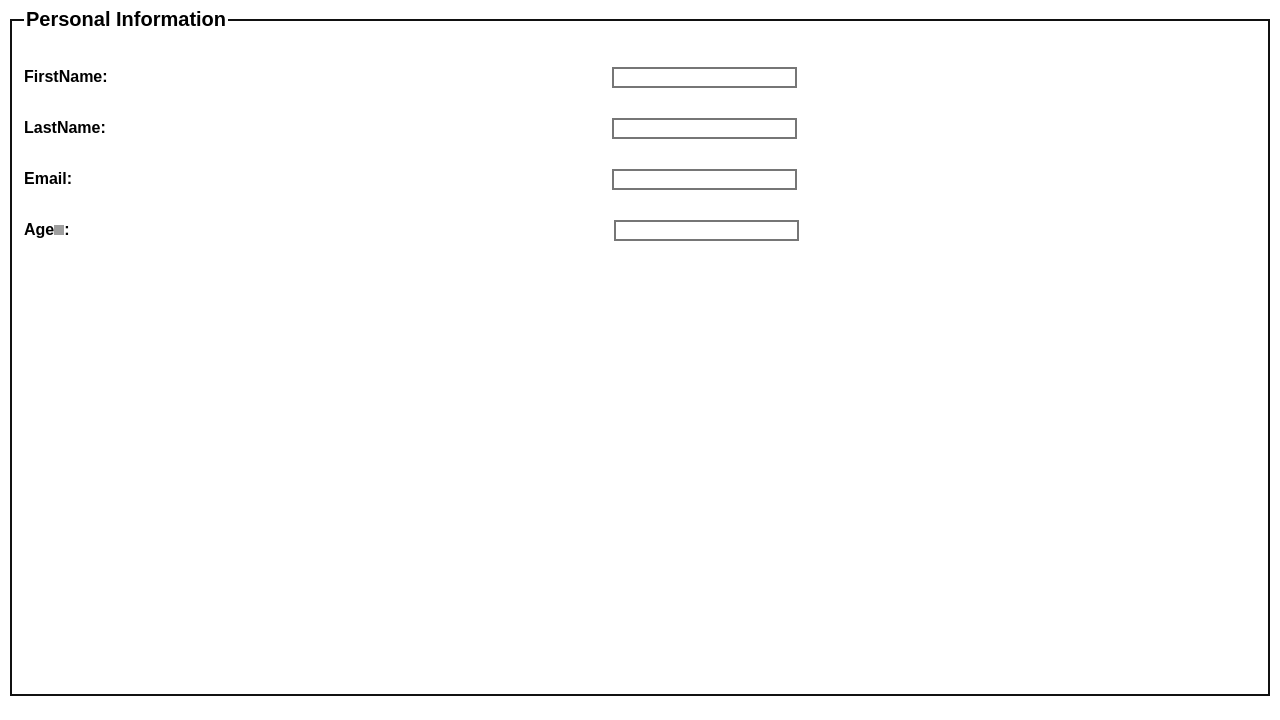
Repository: Femi007-gh/Legend
Page: index.html
An editor plug-in stored every save of this project. The page is shown before and after the next save, followed by the edit.
The browser window is 1280 px wide. The pictures show the whole page.
Pictures or frames that could not be fetched are drawn as grey boxes.

Above is the page before, as saved 2025-04-04 10:59:43.

### index.html
<html>
  <head>
    <title>LEGEND</title>
    <link rel="stylesheet" href="style.css">
  </head>
  <body>
    <form>
      <fieldset class="field">
        <legend class="ld">Personal Information</legend>
        <label class="first">FirstName:</label>
        <input type="text" class="FN"><br>

        <label class="last">LastName:</label>
        <input type="text" class="LN"> <br>

        <label class="mail">Email:</label>
        <input type="text" class="email"> <br>

        <label class="yourage">Age<img src="doc.jpg" class="doc">:</label>
        <input type="text" class="age"> <br>
      </fieldset>
    </form>
  </body>
</html>

### style.css
body {
  font-family:Arial, Helvetica, sans-serif;
  font-weight: bold;
}

.ld {
  font-size: 20px;
}

.doc {
  height: 10px;
  width: 10px;
}

.field {
  border: 2px solid #111;
  height: 95%;
}

.FN {
  margin-top: 30px;
  margin-left: 500px;
  border-style: solid;
}

.LN {
  margin-top: 30px;
  margin-left: 502px;
  border-style: solid;
}

.email {
  margin-top: 30px;
  margin-left:536px;
  border-style: solid;
}

.age {
  margin-top: 30px;
  margin-left: 540px;
  border-style: solid;
}

.first, .last, .mail, .yourage {
  font-size: ;
}

After the next save:
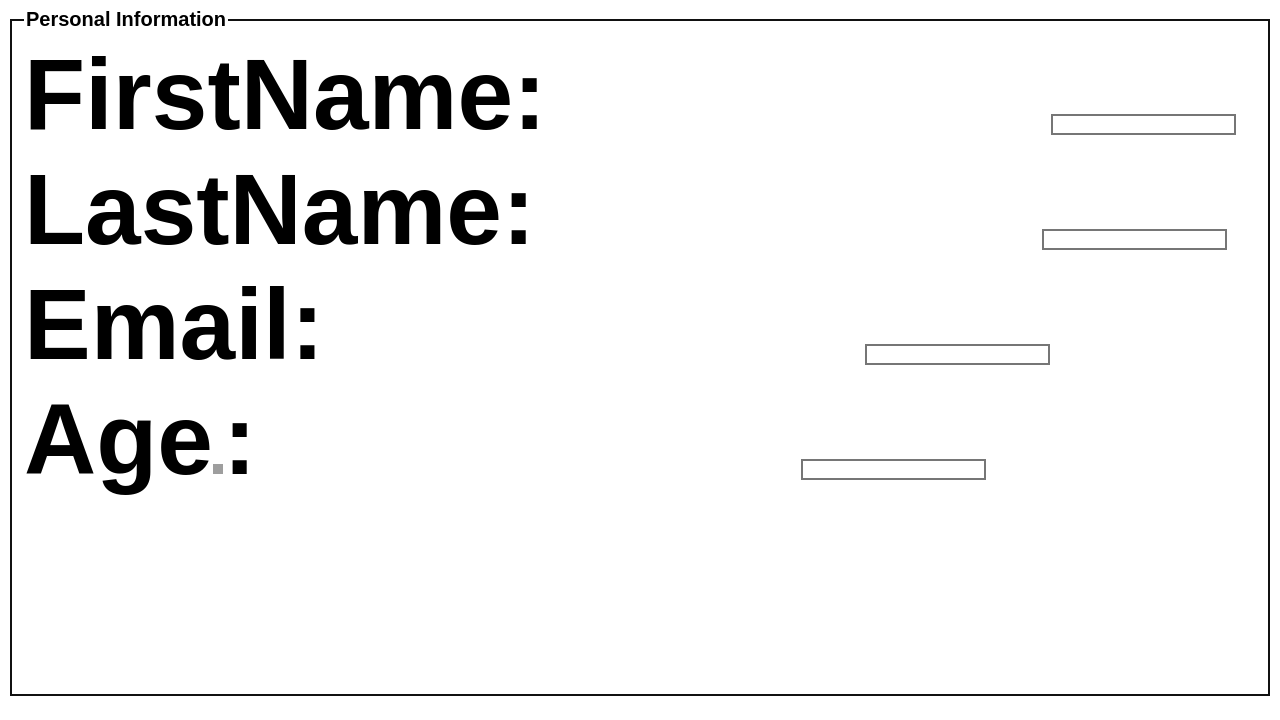
Saved 10 s later.
--- a/style.css
+++ b/style.css
@@ -42,5 +42,5 @@ body {
 }
 
 .first, .last, .mail, .yourage {
-  font-size: ;
+  font-size: 100px;;
 }
